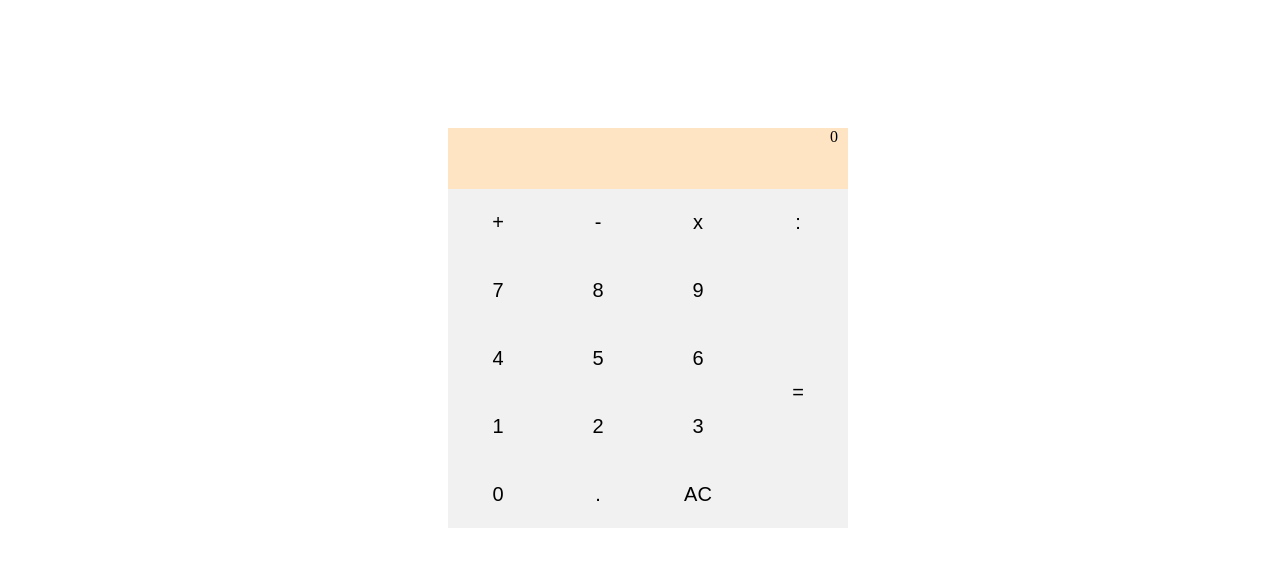
Repository: CryptoFamilyNFT/develhope
Page: css/Grid 2/calculator.html
An editor plug-in stored every save of this project. The page is shown before and after the next save, followed by the edit.
The browser window is 1280 px wide. The page is 1288 px wide, so the pictures cover 1288 px, including what lies to the right of the window. The pictures show the whole page.

Above is the page before, as saved 2024-11-18 09:14:44.

### css/Grid 2/calculator.html
<!DOCTYPE html>
<html lang="en">

<head>
    <meta charset="UTF-8">
    <meta name="viewport" content="width=device-width, initial-scale=1.0">
    <title>Document</title>
    <link rel="stylesheet" href="calculator.css">
</head>

<body>
    <div class="container">
        <div class="result">
            0
        </div>
        <button class="button span-1">+</button>
        <button class="button span-1">-</button>
        <button class="button span-1">x</button>
        <button class="button span-1">:</button>
        <button class="button span-1">7</button>
        <button class="button span-1">8</button>
        <button class="button span-1">9</button>
        <button class="button span-1 row-4">=</button>
        <button class="button span-1">4</button>
        <button class="button span-1">5</button>
        <button class="button span-1">6</button>
        <button class="button span-1">1</button>
        <button class="button span-1">2</button>
        <button class="button span-1">3</button>
        <button class="button span-1">0</button>
        <button class="button span-1">.</button>
        <button class="button span-1">AC</button>
    </div>
</body>

</html>

### css/Grid 2/calculator.css
body {
    width: 100%;
    height: 100%;
    margin-top: 10%;
    display: flex;
    justify-content: center;
    align-items: center;
}

.container {
    height: 400px;
    width: 400px;
    background-color: bisque;
    display: grid;
    grid-template-columns: repeat(4, 1fr);
}

.result {
    display: flex;
    grid-column: 1 / span 4;
    justify-content: flex-end;
    padding-right: 10px;
}

.span-1 {
    grid-column: span 1;
}


.span-2 {
    grid-column: span 2;
}

.span-3 {
    grid-column: span 3;
}

.row-4 {
    grid-row: span 4;
}

button {
    border: none;
    background-color: #f1f1f1;
    font-size: 20px;
    cursor: pointer;
}

button:hover {
    background-color: #e7e7e7;
}

button:active {
    background-color: #d9d9d9;
}

button:focus {
    outline: none;
}

After the next save:
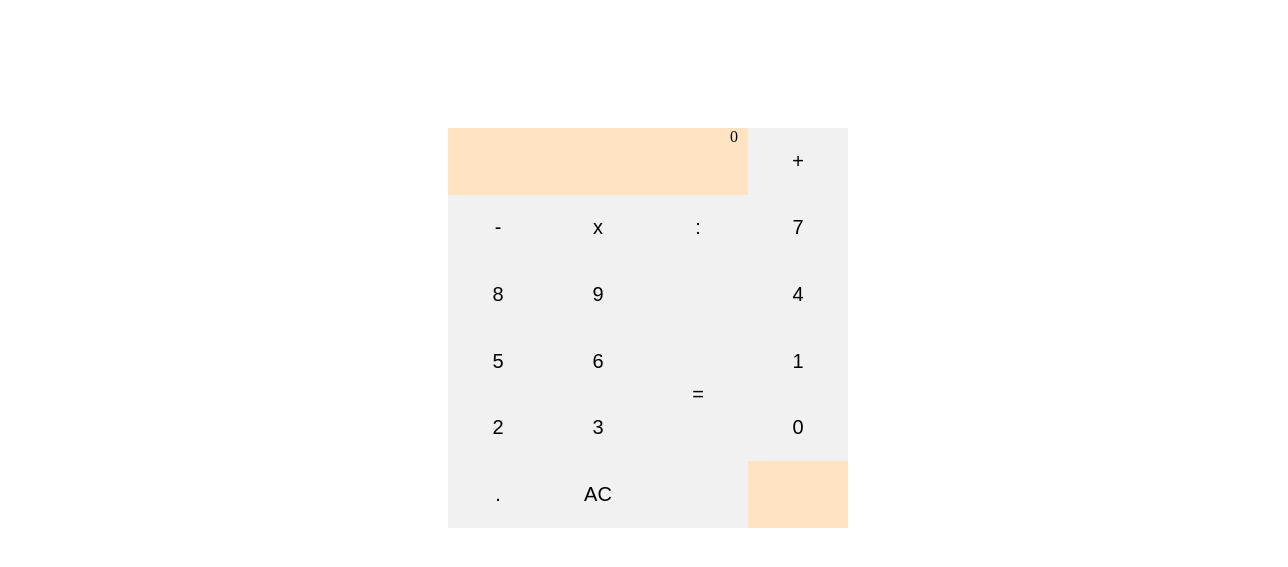
Saved 25 s later.
--- a/css/Grid 2/calculator.html
+++ b/css/Grid 2/calculator.html
@@ -10,7 +10,7 @@
 
 <body>
     <div class="container">
-        <div class="result">
+        <div class="result span-3">
             0
         </div>
         <button class="button span-1">+</button>

After the save that followed:
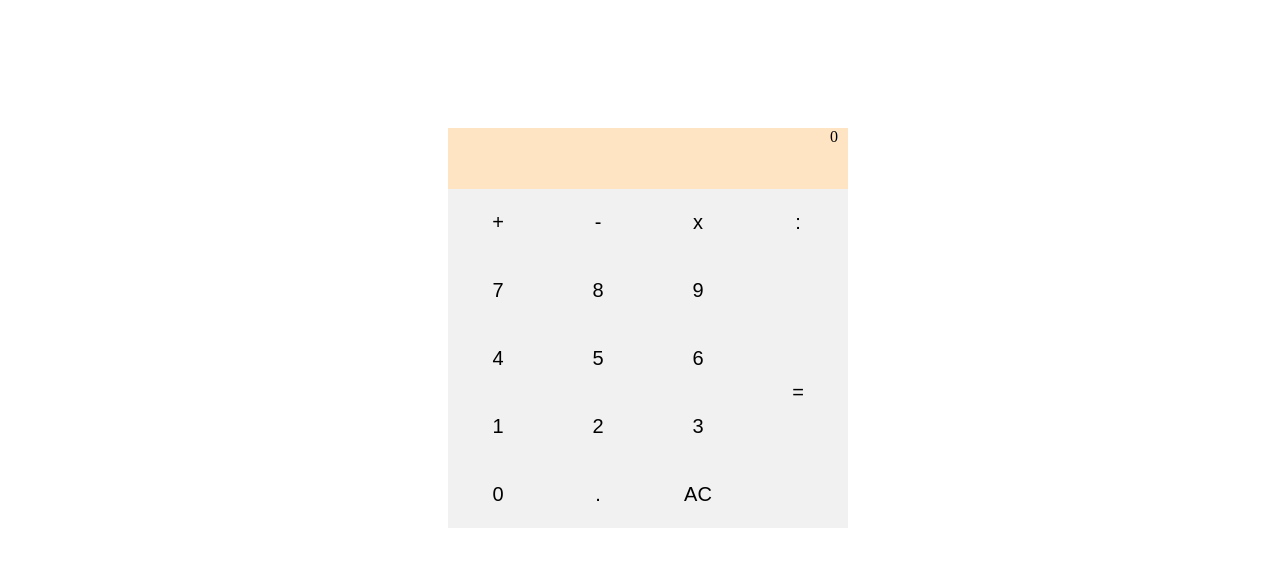
Saved 4 s later.
--- a/css/Grid 2/calculator.html
+++ b/css/Grid 2/calculator.html
@@ -10,7 +10,7 @@
 
 <body>
     <div class="container">
-        <div class="result span-3">
+        <div class="result span-4">
             0
         </div>
         <button class="button span-1">+</button>
